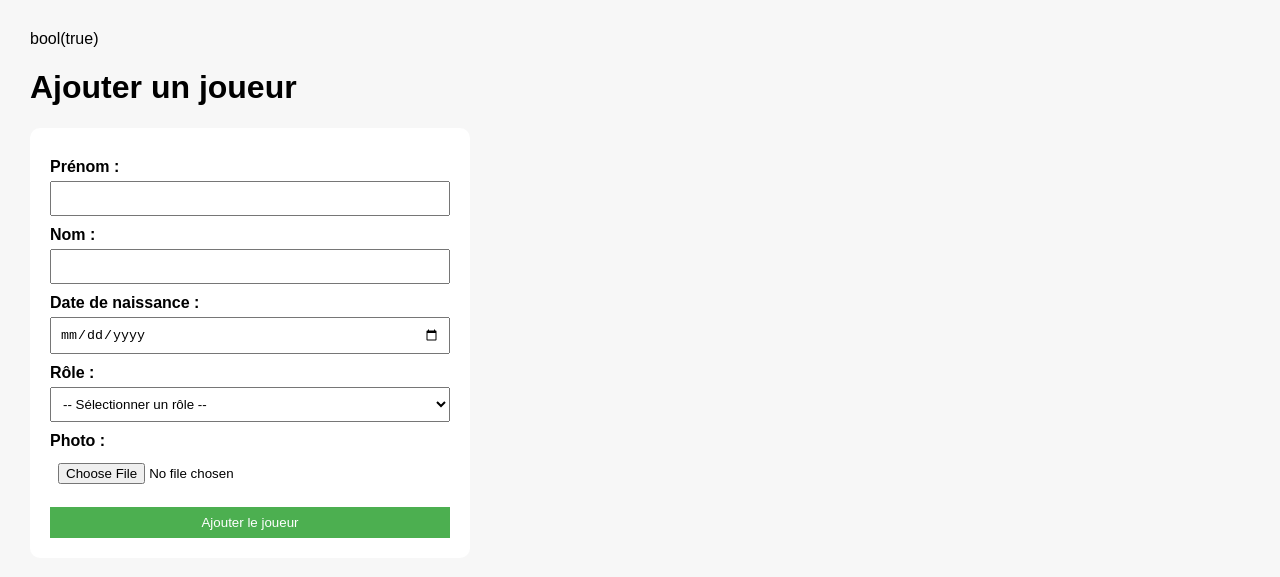
Repository: Valentin-Godard/Foot-2-Club
Page: http://localhost/public/index.php
These files come from the project's save history. The page is drawn as it stood at one moment and after a run of saves; the edit follows.
The browser window is 1280 px wide. The pictures show the whole page.
The page is run by PHP 8.4 with error messages shown; the project is at /var/www/html/.

Above is the page before, as saved 2025-10-10 16:12:47.

### public/index.php
<?php

require_once __DIR__ . '/../src/autoload.php';
require_once __DIR__ . '/../includes/database.php';

use App\Model\Joueur;
use App\Enum\Role;
use App\Database\JoueurDatabase;

var_dump(class_exists('App\Enum\Role'));
$message = "";
$joueurDb = new JoueurDatabase($pdo);

// Si le formulaire est soumis
if ($_SERVER["REQUEST_METHOD"] === "POST") {
    $prenom = trim($_POST["prenom"]);
    $nom = trim($_POST["nom"]);
    $dateNaissance = new DateTime($_POST["date_naissance"]);
    $roleValue = $_POST["role"] ?? null;

    // Validation du rôle
    try {
        $role = Role::from($roleValue);
    } catch (ValueError $e) {
        $message = "❌ Rôle invalide.";
    }

    // Gestion de la photo
    $photoName = "";
    if (!empty($_FILES["photo"]["name"])) {
        $uploadDir = __DIR__ . "/../public/uploads/";
        if (!is_dir($uploadDir)) {
            mkdir($uploadDir, 0777, true);
        }

        $photoName = basename($_FILES["photo"]["name"]);
        $targetPath = $uploadDir . $photoName;

        if (!move_uploaded_file($_FILES["photo"]["tmp_name"], $targetPath)) {
            $message = "❌ Erreur lors de l’upload de la photo.";
        }
    }

    // Si tout est valide
    if (empty($message)) {
        $joueur = new Joueur(
            null,
            $prenom,
            $nom,
            $dateNaissance,
            $role,
            $photoName
        );

        // ➕ Ajout du joueur via JoueurDatabase
        $joueurDb->insert($joueur);

        $message = "✅ Joueur ajouté avec succès !";
    }
}
?>

<!DOCTYPE html>
<html lang="fr">
<head>
    <meta charset="UTF-8">
    <title>Ajouter un joueur</title>
    <style>
        body { font-family: Arial; margin: 30px; background-color: #f7f7f7; }
        form { background: white; padding: 20px; border-radius: 10px; width: 400px; }
        label { font-weight: bold; display: block; margin-top: 10px; }
        input, select, button { width: 100%; padding: 8px; margin-top: 5px; }
        button { background-color: #4CAF50; color: white; border: none; cursor: pointer; margin-top: 15px; }
        button:hover { background-color: #45a049; }
        .message { margin-top: 15px; font-weight: bold; }
    </style>
</head>
<body>
    <h1>Ajouter un joueur</h1>

    <?php if (!empty($message)): ?>
        <p class="message"><?= htmlspecialchars($message) ?></p>
    <?php endif; ?>

    <form method="POST" enctype="multipart/form-data">
        <label>Prénom :</label>
        <input type="text" name="prenom" required>

        <label>Nom :</label>
        <input type="text" name="nom" required>

        <label>Date de naissance :</label>
        <input type="date" name="date_naissance" required>

        <label>Rôle :</label>
        <select name="role" required>
            <option value="">-- Sélectionner un rôle --</option>
            <?php foreach (Role::cases() as $case): ?>
                <option value="<?= $case->value ?>"><?= $case->value ?></option>
            <?php endforeach; ?>
        </select>

        <label>Photo :</label>
        <input type="file" name="photo" accept="image/*" required>

        <button type="submit">Ajouter le joueur</button>
    </form>

</body>
</html>

### src/autoload.php
<?php
spl_autoload_register(function($class) {
    $prefix = 'App\\';
    $base_dir = __DIR__ . '/';
    $len = strlen($prefix);

    if (strncmp($prefix, $class, $len) !== 0) {
        return;
    }

    $relative_class = substr($class, $len);
    $file = $base_dir . str_replace('\\', '/', $relative_class) . '.php';

    if (file_exists($file)) {
        require $file;
    }
});

### includes/database.php
<?php
$host = '127.0.0.1';
$db   = 'footclub';
$user = 'root';
$pass = '';
$charset = 'utf8mb4';

$dsn = "mysql:host=$host;dbname=$db;charset=$charset";
$options = [
    PDO::ATTR_ERRMODE => PDO::ERRMODE_EXCEPTION,
    PDO::ATTR_DEFAULT_FETCH_MODE => PDO::FETCH_ASSOC,
];

try {
    $pdo = new PDO($dsn, $user, $pass, $options);
} catch (\PDOException $e) {
    die("Erreur de connexion à la base : " . $e->getMessage());
}

### src/enum/role.php
<?php
namespace App\Enum;

enum Role: string {
    case ATTAQUANT = 'Attaquant';
    case DEFENSEUR = 'Défenseur';
    case MILIEU = 'Milieu';
    case GARDIEN = 'Gardien';
}

### src/Database/JoueurDatabase.php
<?php
namespace App\Database;

use App\Model\Joueur;
use App\Enum\Role;
use PDO;
use DateTime;

class JoueurDatabase {
    private PDO $pdo;

    public function __construct(PDO $pdo) {
        $this->pdo = $pdo;
    }

    /**
     * Ajoute un joueur dans la base
     */
    public function insert(Joueur $joueur): void {
        $stmt = $this->pdo->prepare("
            INSERT INTO joueurs (nom, prenom, date_naissance, photo, role)
            VALUES (:nom, :prenom, :date_naissance, :photo, :role)
        ");

        $stmt->execute([
            ':nom' => $joueur->getNom(),
            ':prenom' => $joueur->getPrenom(),
            ':date_de_naissance' => $joueur->getBirthdate()->format("Y-m-d"),
            ':photo' => $joueur->getImage(),
        ]);
    }

    /**
     * Met à jour un joueur existant
     */
    public function update(Joueur $joueur): void {
        $stmt = $this->pdo->prepare("
            UPDATE joueurs
            SET nom = :nom, prenom = :prenom, date_naissance = :date_naissance, photo = :photo, role = :role
            WHERE id = :id
        ");

        $stmt->execute([
            ':id' => $joueur->getId(),
            ':nom' => $joueur->getNom(),
            ':prenom' => $joueur->getPrenom(),
            ':date_naissance' => $joueur->getBirthdate()->format("Y-m-d"),
            ':photo' => $joueur->getImage(),
            ':role' => $joueur->getRole()->value
        ]);
    }

    /**
     * Récupère un joueur par son ID
     */
    public function findById(int $id): ?Joueur {
        $stmt = $this->pdo->prepare("SELECT * FROM joueurs WHERE id = ?");
        $stmt->execute([$id]);
        $data = $stmt->fetch(PDO::FETCH_ASSOC);

        if ($data) {
            return new Joueur(
                $data['id'],
                $data['prenom'],
                $data['nom'],
                new DateTime($data['date_naissance']),
                Role::from($data['role']),
                $data['photo']
            );
        }

        return null;
    }

    /**
     * Retourne la liste de tous les joueurs
     */
    public function findAll(): array {
        $stmt = $this->pdo->query("SELECT * FROM joueurs");
        $results = [];

        while ($data = $stmt->fetch(PDO::FETCH_ASSOC)) {
            $results[] = new Joueur(
                $data['id'],
                $data['prenom'],
                $data['nom'],
                new DateTime($data['date_naissance']),
                Role::from($data['role']),
                $data['photo']
            );
        }

        return $results;
    }

    /**
     * Supprime un joueur
     */
    public function delete(int $id): void {
        $stmt = $this->pdo->prepare("DELETE FROM joueurs WHERE id = ?");
        $stmt->execute([$id]);
    }
}

After the next 6 saves:
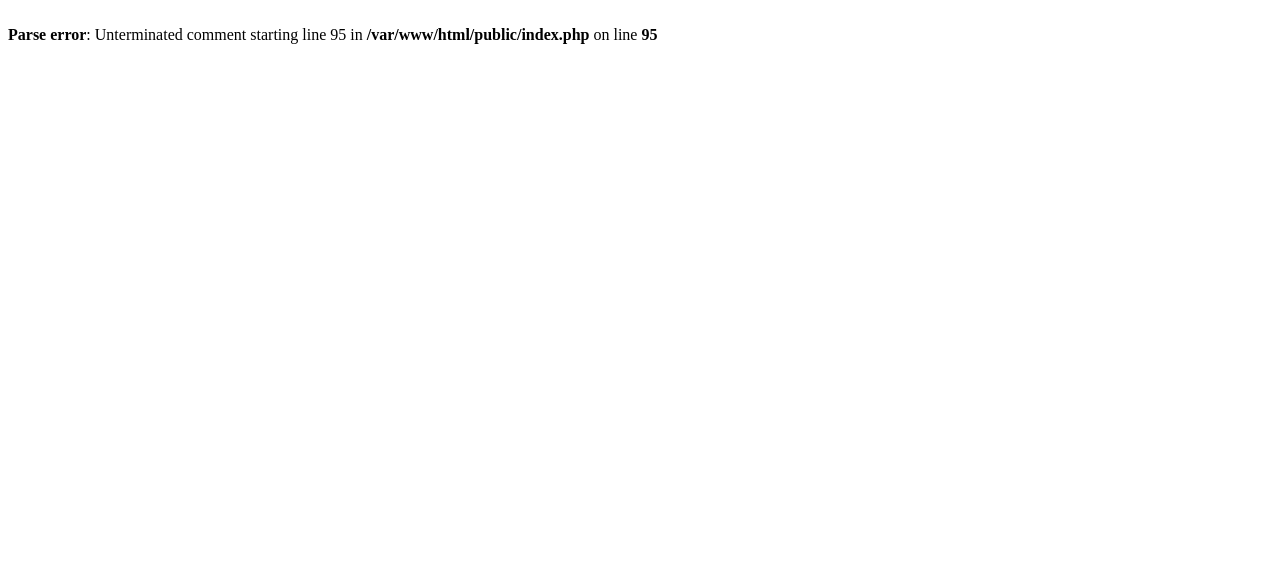
The 6 saves are shown as one change because they came seconds apart.
The last was saved 23 s later.
--- a/public/index.php
+++ b/public/index.php
@@ -92,13 +92,13 @@
         <label>Date de naissance :</label>
         <input type="date" name="date_naissance" required>
 
-        <label>Rôle :</label>
+        <? /* <label>Rôle :</label>
         <select name="role" required>
             <option value="">-- Sélectionner un rôle --</option>
             <?php foreach (Role::cases() as $case): ?>
                 <option value="<?= $case->value ?>"><?= $case->value ?></option>
             <?php endforeach; ?>
-        </select>
+        </select> ?>
 
         <label>Photo :</label>
         <input type="file" name="photo" accept="image/*" required>

After the save that followed:
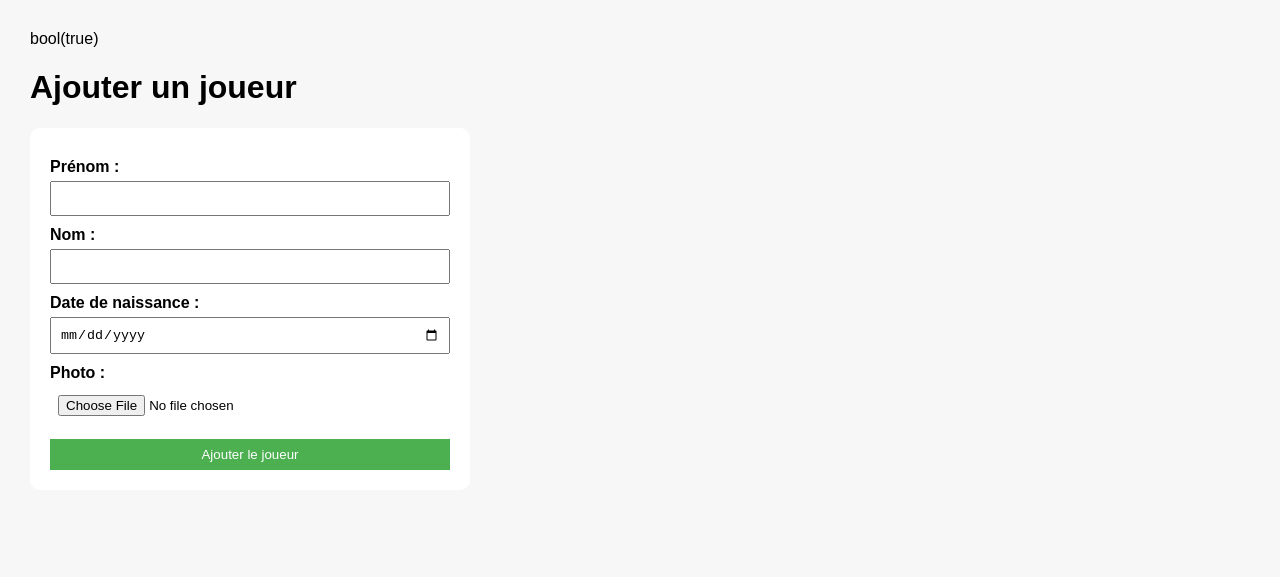
Saved 4 s later.
--- a/public/index.php
+++ b/public/index.php
@@ -98,7 +98,7 @@
             <?php foreach (Role::cases() as $case): ?>
                 <option value="<?= $case->value ?>"><?= $case->value ?></option>
             <?php endforeach; ?>
-        </select> ?>
+        </select> */ ?>
 
         <label>Photo :</label>
         <input type="file" name="photo" accept="image/*" required>
